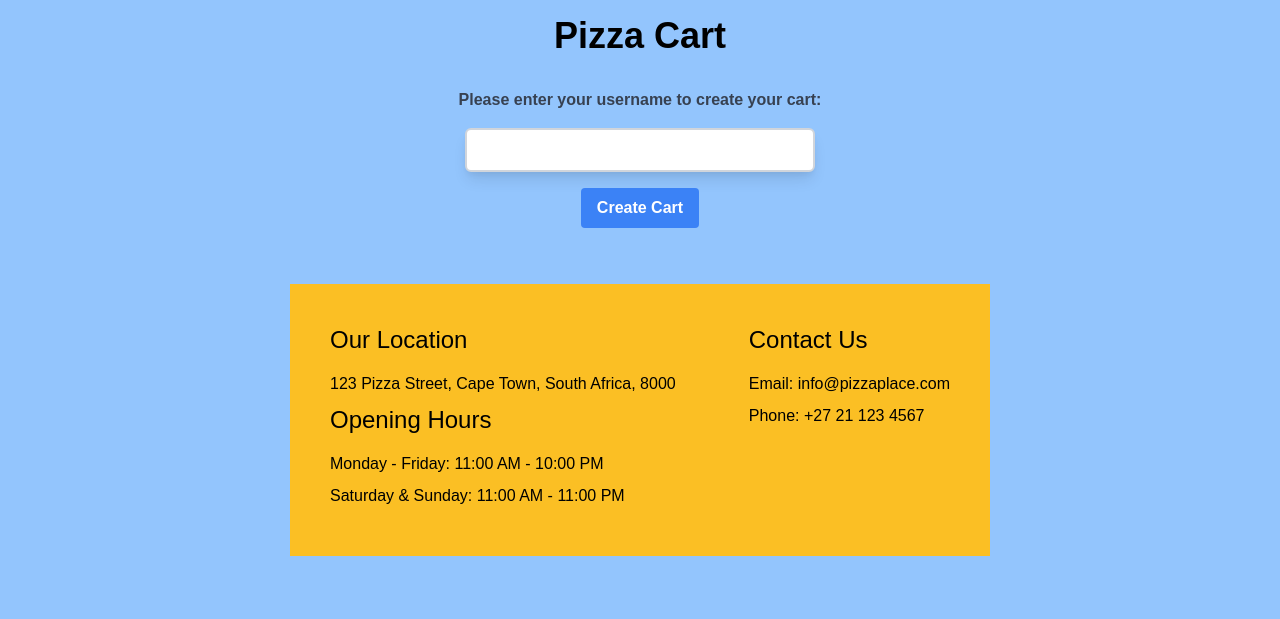
Repository: lasity34/pizza-cart-with-api
Page: index.html
The author's editor kept a copy of each file at every save. The page is drawn from the files as they stood at one save, then again after the next save.
The browser window is 1280 px wide. The pictures show the whole page.
The page's requests for data from a server got no answer. Some web fonts or font styles are not loaded; a fallback is used. Some web libraries are served in a nearby version.

Above is the page before, as saved 2023-07-16 21:28:52.
Console error (its wording comes from the project's code and is left out).

After the next save:
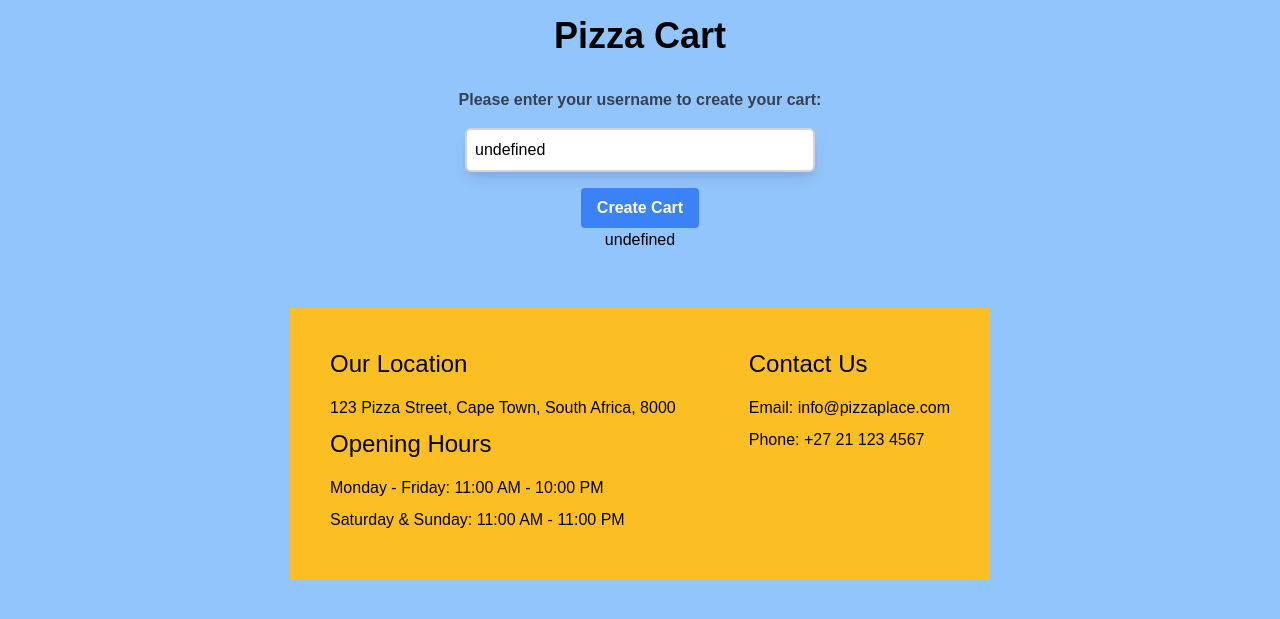
Console error: SyntaxError: Unexpected token '<'
Saved 48 s later.
--- a/pizza.js
+++ b/pizza.js
@@ -137,7 +137,8 @@
     payForCart() {
       this.pay(this.paymentAmount).then((result) => {
         if (result.data.status === "failure") {
-          this.message = `<span class="bg-red-500 text-white">${result.data.message}</span>`;
+          this.message = <span class="bg-red-500 text-white py-2 px-4 rounded shadow text-lg font-bold">${result.data.message}</span>
+          ;
           this.toggleModal()
           setTimeout(() => (this.message = ""), 3000);
         } else {

After the save that followed:
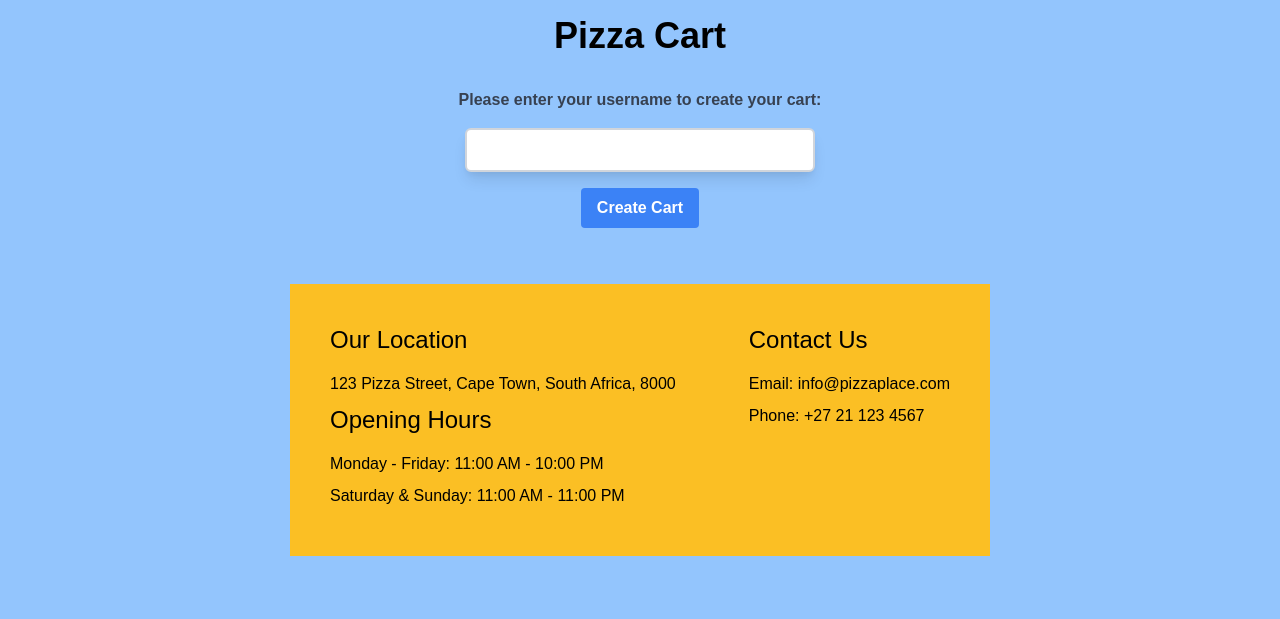
Console error (its wording comes from the project's code and is left out).
Saved 18 s later.
--- a/pizza.js
+++ b/pizza.js
@@ -137,7 +137,7 @@
     payForCart() {
       this.pay(this.paymentAmount).then((result) => {
         if (result.data.status === "failure") {
-          this.message = <span class="bg-red-500 text-white py-2 px-4 rounded shadow text-lg font-bold">${result.data.message}</span>
+          this.message = `<span class="bg-red-500 text-white py-2 px-4 rounded shadow text-lg font-bold">${result.data.message}</span>`
           ;
           this.toggleModal()
           setTimeout(() => (this.message = ""), 3000);
